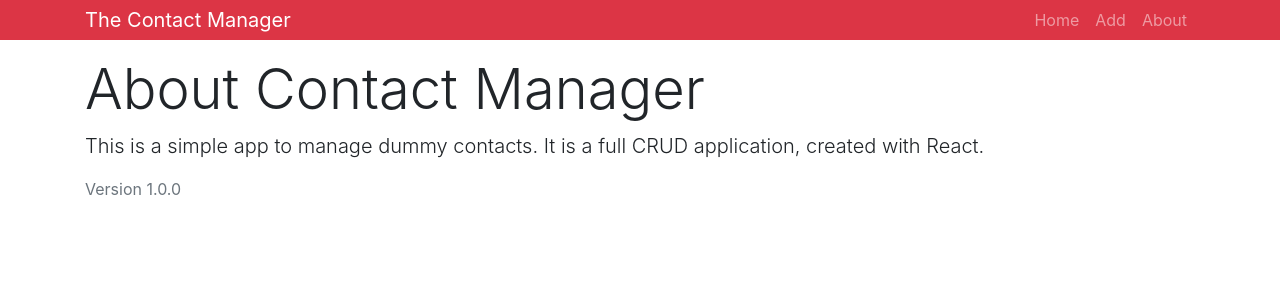
Repository: MikeTroianello/Contact-Manager
Page: /about
These files come from the project's save history. The page is drawn as it stood at one moment and after the next save; the edit follows.
The browser window is 1280 px wide. The pictures show the whole page.
The page's requests for data from a server got no answer. The project was rebuilt for these pictures with package versions that can differ from the ones it lists, and the page was loaded fresh each time. No one was signed in, and anything a server would have sent is missing. Also part of the build but not shown: src/components/test/Test.js, src/components/contacts/Contact.js, src/components/contacts/Contacts.js, src/components/pages/NotFound.js, src/components/layout/TextInputGroup.js, src/components/contacts/AddContact.js, src/components/contacts/EditContact.js, src/App.css.

Above is the page before, as saved 2019-05-27 23:30:39.

After the next save:
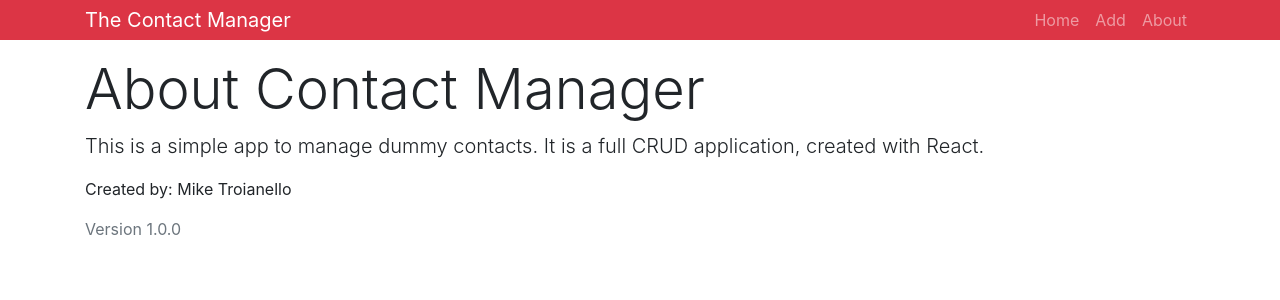
Saved 103 s later.
--- a/src/components/pages/About.js
+++ b/src/components/pages/About.js
@@ -8,7 +8,7 @@ export default function About() {
         This is a simple app to manage dummy contacts. It is a full CRUD
         application, created with React.
       </p>
-
+      <p>Created by: Mike Troianello</p>
       <p className="text-secondary">Version 1.0.0</p>
     </div>
   );
